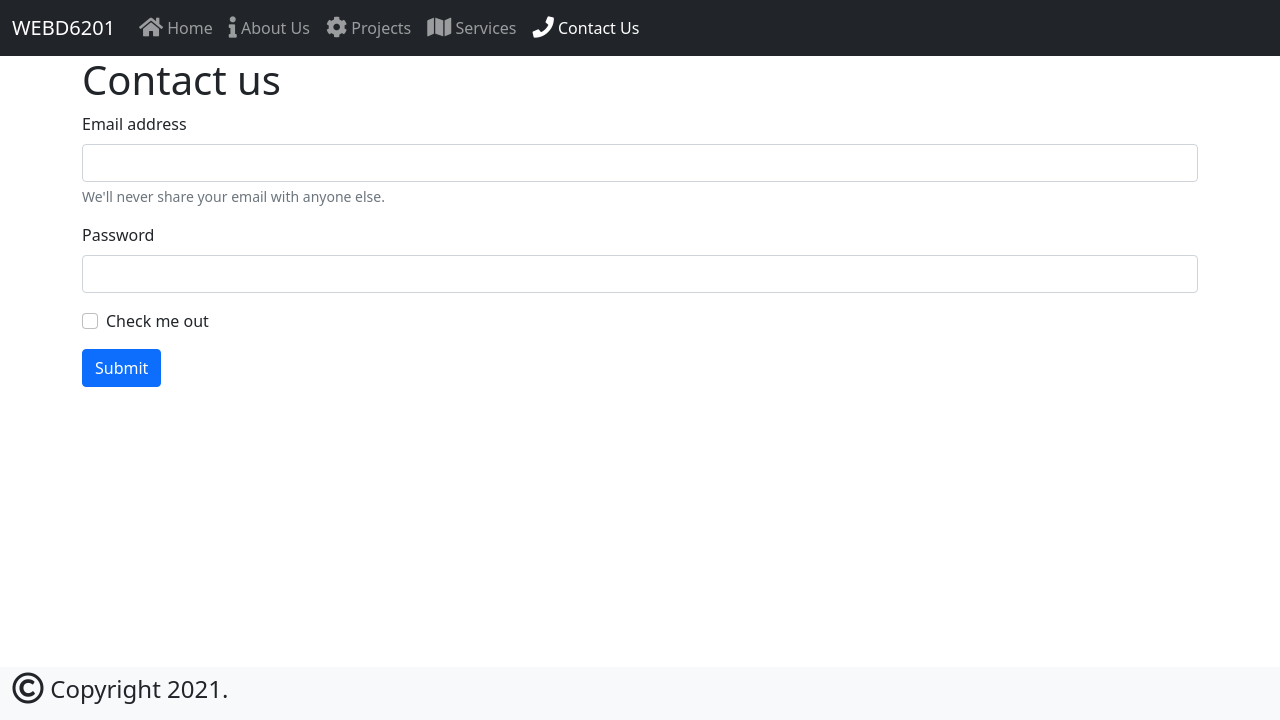
Repository: aphim/Webd6201-wk3
Page: contact.html
An editor plug-in stored every save of this project. The page is shown before and after the next save, followed by the edit.
The browser window is 1280 px wide. The pictures show the whole page.

Above is the page before, as saved 2021-01-21 09:13:05.

After the next save:
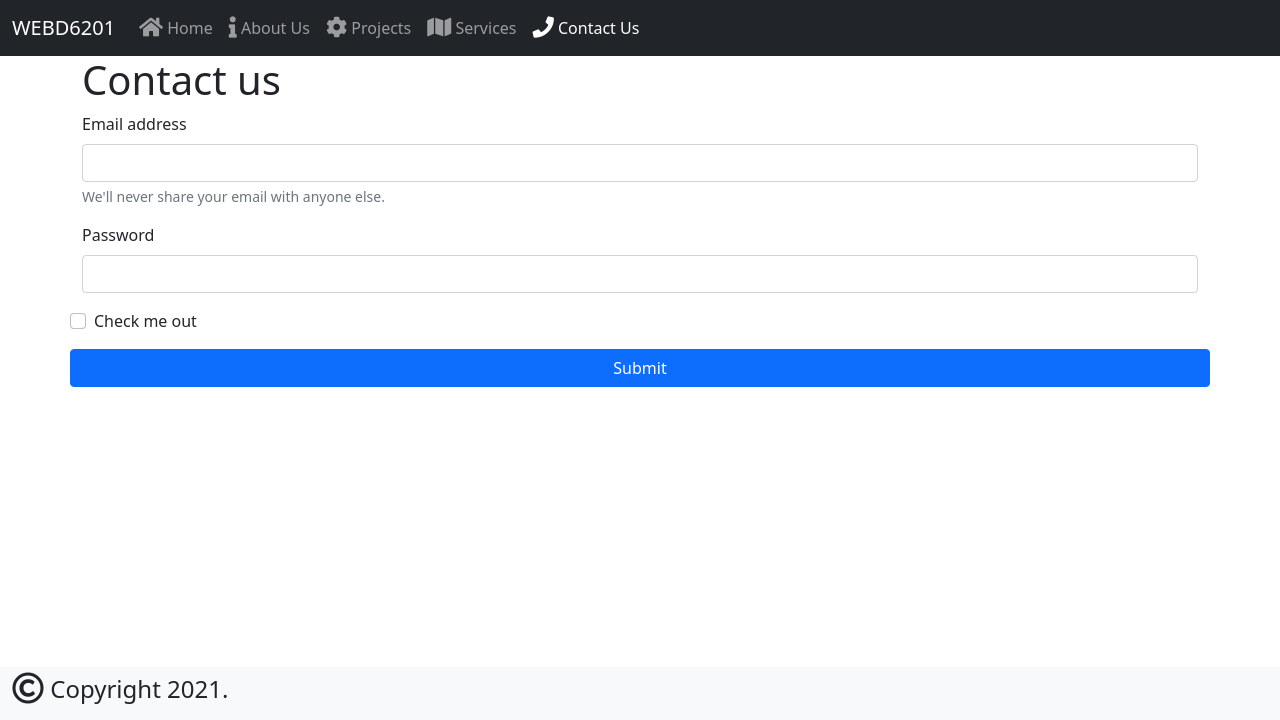
Saved 33 s later.
--- a/contact.html
+++ b/contact.html
@@ -49,20 +49,24 @@
 <!--Main Content-->
     <main class="container">
         <h1>Contact us</h1>
-        <form>
+        <form class="row">
+
           <div class="mb-3">
             <label for="exampleInputEmail1" class="form-label">Email address</label>
             <input type="email" class="form-control" id="exampleInputEmail1" aria-describedby="emailHelp">
             <div id="emailHelp" class="form-text">We'll never share your email with anyone else.</div>
           </div>
+
           <div class="mb-3">
             <label for="exampleInputPassword1" class="form-label">Password</label>
             <input type="password" class="form-control" id="exampleInputPassword1">
           </div>
+
           <div class="mb-3 form-check">
             <input type="checkbox" class="form-check-input" id="exampleCheck1">
             <label class="form-check-label" for="exampleCheck1">Check me out</label>
           </div>
+
           <button type="submit" class="btn btn-primary">Submit</button>
         </form>
     </main>

After the save that followed:
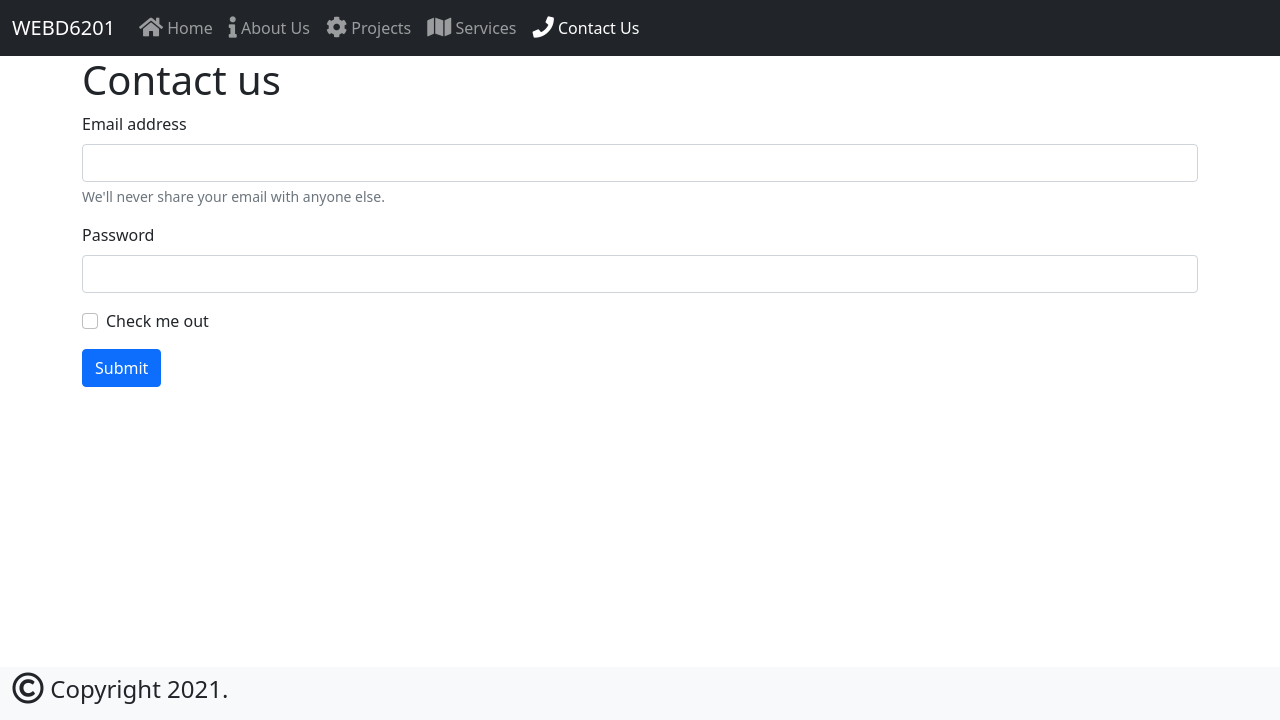
Saved 67 s later.
--- a/contact.html
+++ b/contact.html
@@ -49,26 +49,29 @@
 <!--Main Content-->
     <main class="container">
         <h1>Contact us</h1>
-        <form class="row">
+<div class="row">
+  <form>
 
-          <div class="mb-3">
-            <label for="exampleInputEmail1" class="form-label">Email address</label>
-            <input type="email" class="form-control" id="exampleInputEmail1" aria-describedby="emailHelp">
-            <div id="emailHelp" class="form-text">We'll never share your email with anyone else.</div>
-          </div>
+    <div class="mb-3">
+      <label for="exampleInputEmail1" class="form-label">Email address</label>
+      <input type="email" class="form-control" id="exampleInputEmail1" aria-describedby="emailHelp">
+      <div id="emailHelp" class="form-text">We'll never share your email with anyone else.</div>
+    </div>
 
-          <div class="mb-3">
-            <label for="exampleInputPassword1" class="form-label">Password</label>
-            <input type="password" class="form-control" id="exampleInputPassword1">
-          </div>
+    <div class="mb-3">
+      <label for="exampleInputPassword1" class="form-label">Password</label>
+      <input type="password" class="form-control" id="exampleInputPassword1">
+    </div>
 
-          <div class="mb-3 form-check">
-            <input type="checkbox" class="form-check-input" id="exampleCheck1">
-            <label class="form-check-label" for="exampleCheck1">Check me out</label>
-          </div>
+    <div class="mb-3 form-check">
+      <input type="checkbox" class="form-check-input" id="exampleCheck1">
+      <label class="form-check-label" for="exampleCheck1">Check me out</label>
+    </div>
 
-          <button type="submit" class="btn btn-primary">Submit</button>
-        </form>
+    <button type="submit" class="btn btn-primary">Submit</button>
+  </form>
+</div>
+
     </main>
 
     <!-- Main footer-->
